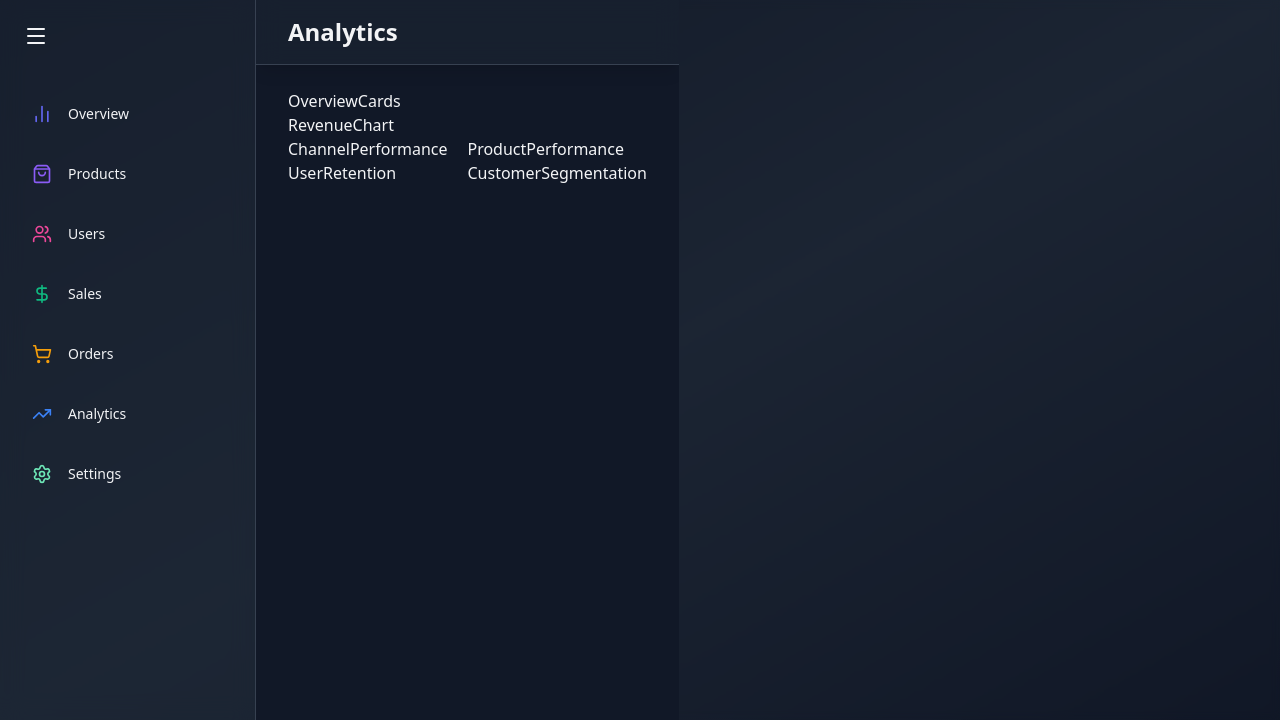
Repository: Abdirabi11/React-dashboard
Page: /analytics
These files come from the project's save history. The page is drawn as it stood at one moment and after a run of saves; the edit follows.
The browser window is 1280 px wide. The pictures show the whole page.
The project was rebuilt for these pictures with package versions that can differ from the ones it lists, and the page was loaded fresh each time. Also part of the build but not shown: vite.config.js, src/components/common/StatCard.jsx, src/components/overview/SalesOverviewChart.jsx, src/components/overview/CategoryDistributionChart.jsx, src/components/overview/SalesChannelChart.jsx, src/pages/OverviewPage.jsx, src/components/products/SalesTrendChart.jsx, src/components/products/ProductsTable.jsx and 15 more.

Above is the page before, as saved 2025-07-19 11:12:55.

After the next 2 saves:
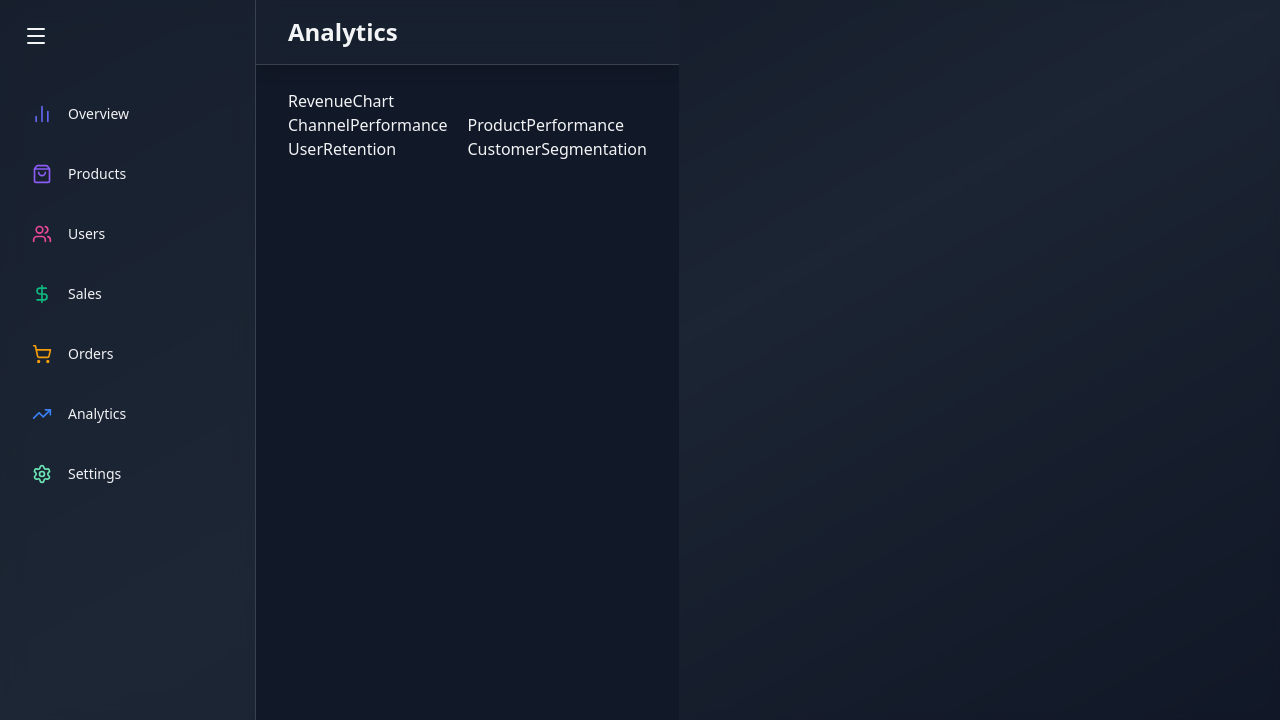
The 2 saves are shown as one change because 1 did not build or start.
The last was saved 38 s later.
--- a/src/components/analytics/OverviewCards.jsx
+++ b/src/components/analytics/OverviewCards.jsx
@@ -1,8 +1,19 @@
-import React from 'react'
+import { motion } from "framer-motion";
+import { DollarSign, Users, ShoppingBag, Eye, ArrowDownRight, ArrowUpRight } from "lucide-react";
+
+const overviewData = [
+	{ name: "Revenue", value: "$1,234,567", change: 12.5, icon: DollarSign },
+	{ name: "Users", value: "45,678", change: 8.3, icon: Users },
+	{ name: "Orders", value: "9,876", change: -3.2, icon: ShoppingBag },
+	{ name: "Page Views", value: "1,234,567", change: 15.7, icon: Eye },
+];
+
 
 const OverviewCards = () => {
   return (
-    <div>OverviewCards</div>
+    <motion.div>
+
+    </motion.div>
   )
 }
 
